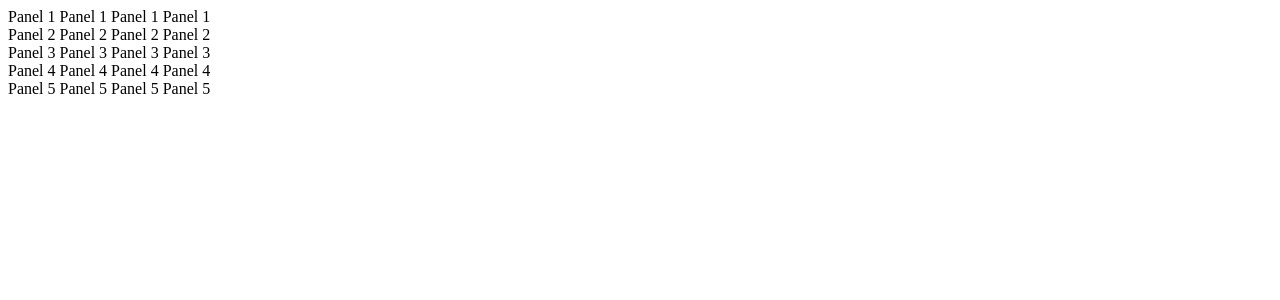
Repository: miguelamello/apm
Page: dashboard/components/login/login.html
These files come from the project's save history. The page is drawn as it stood at one moment and after a run of saves; the edit follows.
The browser window is 1280 px wide. The pictures show the whole page.

Above is the page before, as saved 2023-04-20 12:13:50.

After the next 2 saves:
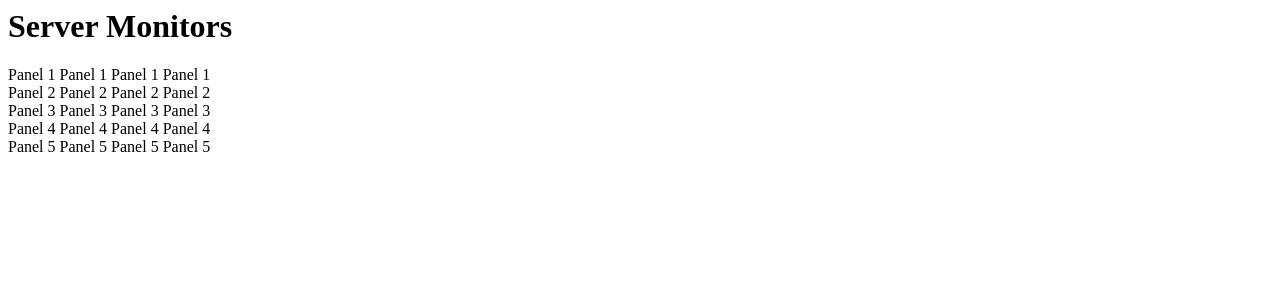
The 2 saves are shown as one change because they came seconds apart.
The last was saved 8 s later.
--- a/dashboard/components/login/login.html
+++ b/dashboard/components/login/login.html
@@ -1,6 +1,6 @@
 
 <div id="login" class="content u-flex u-flex-column mt-10 bg-primary">
-  <h1></h1>
+  <h1>Server Monitors</h1>
   <div class="bg-warning h-16">
     Panel 1
     Panel 1
